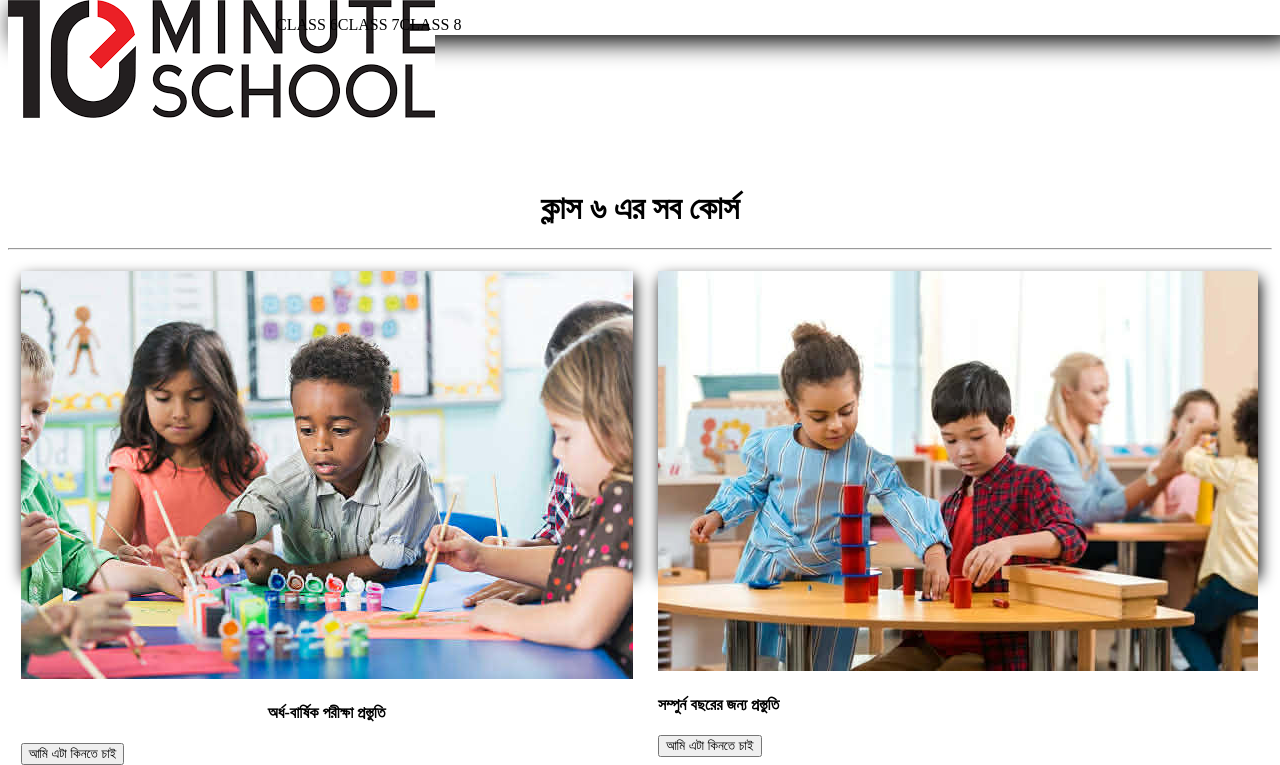
Repository: ridhukhan/10MinuteCourse
Page: /
The author's editor kept a copy of each file at every save. The page is drawn from the files as they stood at one save, then again after the next save.
The browser window is 1280 px wide. The pictures show the whole page.
The project was rebuilt for these pictures with package versions that can differ from the ones it lists, and the page was loaded fresh each time. Also part of the build but not shown: vite.config.js.

Above is the page before, as saved 2025-12-14 20:02:09.

### index.html
<!doctype html>
<html lang="en">
  <head>
    <meta charset="UTF-8" />
    <link rel="icon" type="image/svg+xml" href="/vite.svg" />
    <meta name="viewport" content="width=device-width, initial-scale=1.0" />
    <title>10minuteschool</title>
  </head>
  <body>
    <div id="root"></div>
    <script type="module" src="/src/main.jsx"></script>
  </body>
</html>

### src/index.css
@media screen and (max-width: 500px){
  *{
    width: 100%;
    padding: 0;
    margin: 0;
  }
}

### src/App.jsx
import { BrowserRouter ,Routes, Route } from "react-router-dom"
import Navber from "./Nav/Navber"
import Home from "./pages/Home"



function App() {

  return (
<div>

<BrowserRouter>
<Navber/>
<Routes>

<Route path="/" element={<Home/>}/>





</Routes>





</BrowserRouter>






</div>
  )
}

export default App

### src/Nav/Navber.jsx
import React from 'react'
import "./Navbar.css"
import mainLogo from "../assets/mainlogo.png"
const Navber = () => {
  return (
    <div className='navBar'>

<div className='navlogo'>
<img src={mainLogo} alt="logo"/>
</div>
<ul>
    <li>CLASS 6</li>
    <li>CLASS 7</li>
    <li>CLASS 8</li>
</ul>
</div>
  )
}

export default Navber

### src/pages/Home.jsx
import React from 'react'
import Class6c from '../Component/Class6c'

const Home = () => {
  return (
    <div>



        <h1 style={{justifyContent:"center", textAlign:"center" ,marginTop:"15%"}}>ক্লাস ৬ এর সব কোর্স</h1>
    <hr />
    <Class6c/>

    </div>
  )
}

export default Home

### src/Nav/Navbar.css
.navBar{
width: 100%;
display: flex;
z-index: 1000;
position: fixed;
top: 0;
height: 35px;
box-shadow: 4px 7px 25px;
}
.navBar .navlogo{
    width: 100px;
    height: 100px;
}
.navBar ul{
    display: flex;
    margin-left: 10%;
}
.navBar ul li{
    list-style: none;
}

### src/Component/Class6c.jsx
import React from 'react'
import "./Class6c.css"
import class61 from '../assets/class61.jpeg'
import class62 from '../assets/class62.jpeg'
const Class6c = () => {
  return (
    <div className='class6main'>
<div className='class61i'>
  <div>
    <img src={class61} alt="class61" />
   </div>
  <div className='class61t'>
    <h4>অর্ধ-বার্ষিক পরীক্ষা প্রস্তুতি</h4>
    <button>আমি এটা কিনতে চাই</button>
  </div>
</div>

<div className='class62i'>
<div>
<img src={class62} alt="class62" />
</div>

<div className='class61t'>
<h4>সম্পুর্ন বছরের জন্য  প্রস্তুতি</h4>
<button>আমি এটা কিনতে চাই</button>
</div>
</div>



    </div>
  )
}

export default Class6c

### src/Component/Class6c.css
.class6main{
    display: flex;
    height: 40vh;
    width: 100%;

}
.class6main .class61i{
    height: 42vh;
    margin: 1%;
   box-shadow: 2px 7px 15px black;
   border-radius: 4px;
}
.class6main .class62i{
      height: 42vh;
    margin: 1%;
   box-shadow: 2px 7px 15px black;
   border-radius: 4px;

}
.class61i h4{
    text-align: center;
}

Loaded but not shown: src/main.jsx (common file)

After the next save:
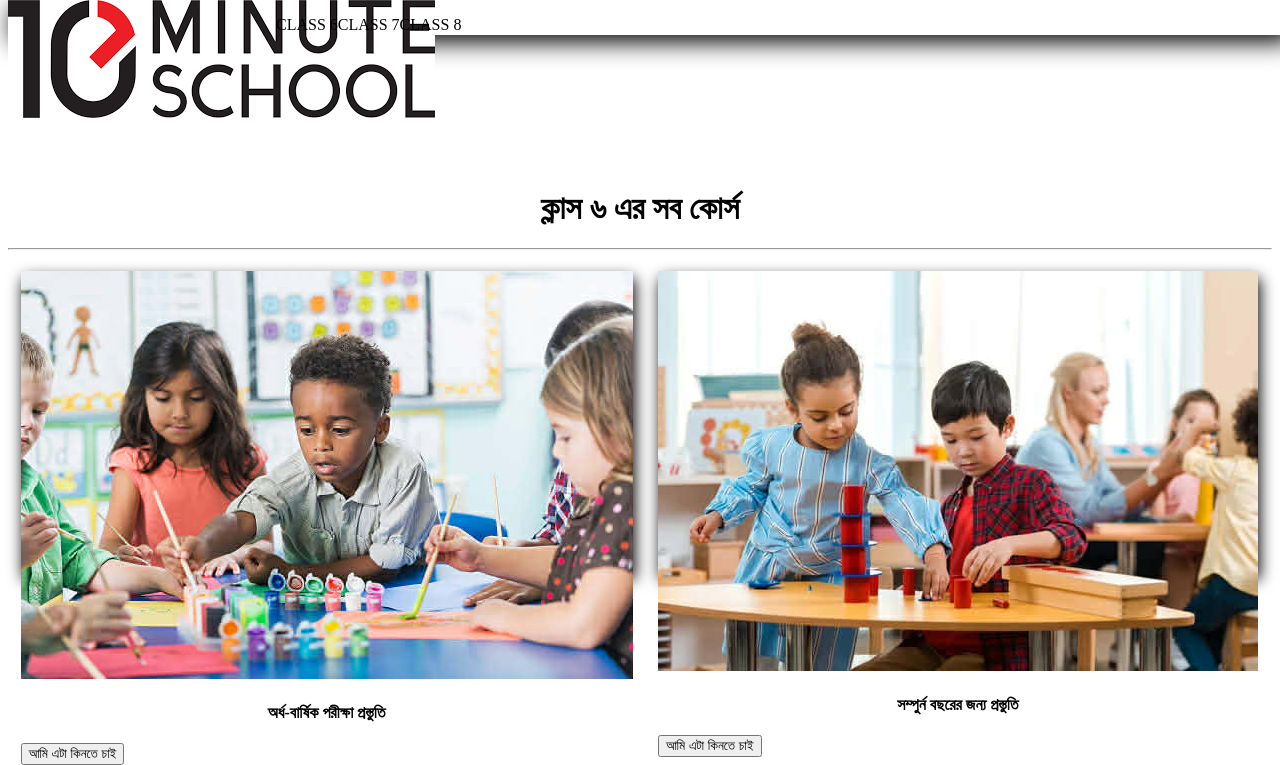
Saved 28 s later.
--- a/src/Component/Class6c.css
+++ b/src/Component/Class6c.css
@@ -20,3 +20,6 @@
 .class61i h4{
     text-align: center;
 }
+.class62i h4{
+    text-align: center;
+}
